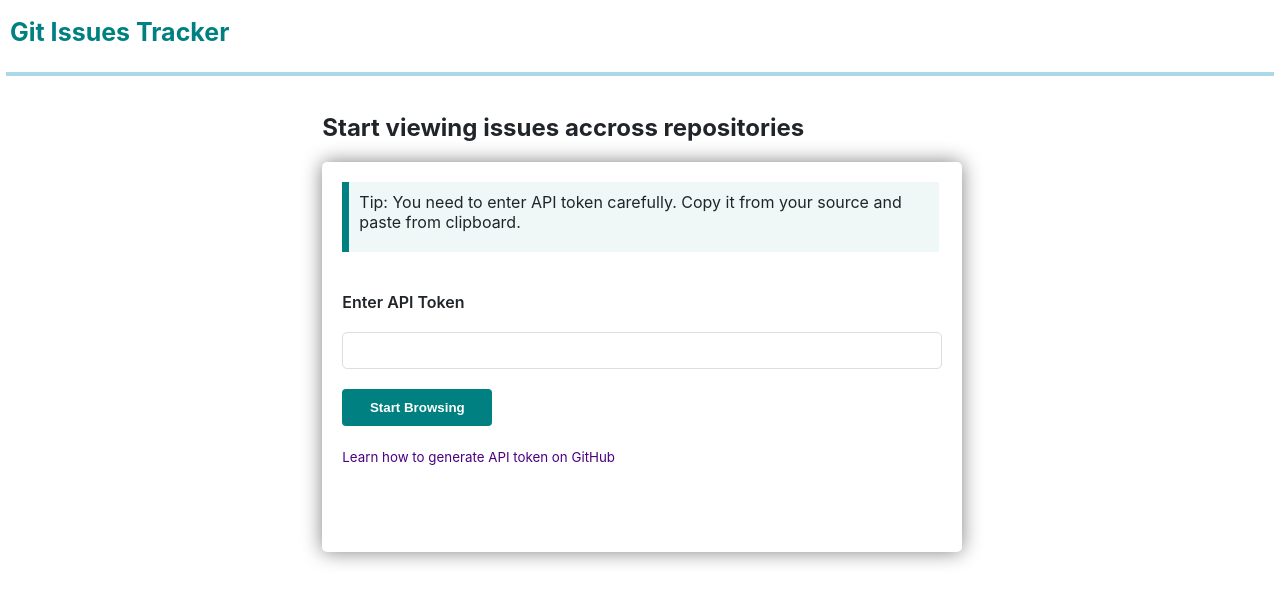
Repository: duzzisantos/github-repos-react-graphql
Page: /start
These files come from the project's save history. The page is drawn as it stood at one moment and after the next save; the edit follows.
The browser window is 1280 px wide. The page is 1285 px wide, so the pictures cover 1285 px, including what lies to the right of the window. The pictures show the whole page.
The project was rebuilt for these pictures with package versions that can differ from the ones it lists, and the page was loaded fresh each time. Also part of the build but not shown: src/App.css, src/components/table/Filters.tsx, src/components/table/Pagination.tsx, src/components/table/TableComponent.tsx, src/components/table/columnHelpers.ts, src/utilities/funtions.ts, src/pages/Repositories.tsx, src/components/cards/Cards.tsx and 1 more.

Above is the page before, as saved 2024-06-17 18:06:02.

### src/index.tsx
import React from "react";
import ReactDOM from "react-dom/client";
import "./index.css";
import App from "./App";
import reportWebVitals from "./reportWebVitals";
import { BrowserRouter } from "react-router-dom";
import { ApolloProvider } from "@apollo/client";
import client from "./api/apolloClient";

const root = ReactDOM.createRoot(
  document.getElementById("root") as HTMLElement
);
root.render(
  <React.StrictMode>
    <BrowserRouter>
      <ApolloProvider client={client}>
        <App />
      </ApolloProvider>
    </BrowserRouter>
  </React.StrictMode>
);

// If you want to start measuring performance in your app, pass a function
// to log results (for example: reportWebVitals(console.log))
// or send to an analytics endpoint. Learn more: https://bit.ly/CRA-vitals
reportWebVitals();

### src/App.tsx
import React from "react";
import "./App.scss";
import "./App.css";
import { Routes, Route } from "react-router-dom";
import StartPage from "./pages/StartPage";
import Repositories from "./pages/Repositories";
import ViewRepository from "./pages/ViewRepository";

function App() {
  return (
    <div className="App">
      <h1>Git Issues Tracker</h1>
      <hr />

      <Routes>
        <Route path="/" element={<StartPage />} />
        <Route path="/start" element={<StartPage />} />
        <Route path="/repositories" element={<Repositories />} />
        <Route path="/owner/repositoryName" element={<ViewRepository />} />
      </Routes>
    </div>
  );
}

export default App;

### src/api/apolloClient.ts
import { ApolloClient, InMemoryCache, createHttpLink } from "@apollo/client";
import { setContext } from "@apollo/client/link/context";

const http = createHttpLink({
  uri: "https://api.github.com/graphql",
});

const auth = setContext((_, { headers }) => {
  const apiToken = localStorage.getItem("authToken");

  return {
    headers: {
      ...headers,
      authorization: `Bearer ${apiToken}`,
    },
  };
});

const client = new ApolloClient({
  link: auth.concat(http),
  cache: new InMemoryCache(),
});

export default client;

### src/App.scss
/* Sass variables declared here: */

$text-dark: #212529;
$padding-10: 10px;
$padding-20: $padding-10 * 2;
$padding-40: $padding-20 * 2;
$selected-display: flex;
$row: row;
$column: column;
$mb-20: 20px;
$mb-40: $mb-20 * 2;
$fw-600: 600;
$rounded-box: 5px;

/* Main styles */
.App {
  display: flex;
  flex-direction: column;
}

.container {
  width: 98.8%;
  padding: $padding-10 $padding-10;
  display: flex;
  justify-content: center;
  bottom: 0;
  margin-left: auto;
  color: $text-dark;
}

h1 {
  font-size: 25px;
  padding: 0 $padding-10;
  color: teal;
}

hr {
  border: 2px solid lightblue;
  width: 98.8%;
}

form {
  width: 600px;
  height: 350px;
  border-radius: $rounded-box;
  box-shadow: 0px 0px 20px gray;
  padding: $padding-20 $padding-20;
}

.form-group {
  display: $selected-display;
  flex-direction: $column;
}

.user-tip {
  height: 50px;
  width: 95%;
  padding: $padding-10 $padding-10;
  margin-bottom: $mb-40;
  border-left: 7px solid teal;
  background-color: rgb(239, 247, 247);
}

label {
  margin-bottom: $mb-20;
  font-weight: $fw-600;
}

input {
  @extend label;
  padding: 10px;
  border: 1px solid rgb(221, 221, 221);
  border-radius: $rounded-box;
}

.primary-btn {
  @extend label;
  width: 25%;
  padding: $padding-10;
  background-color: teal;
  border: 1px solid transparent;
  border-radius: 4px;
  color: white;
}

.read-docs {
  text-decoration: none;
  color: indigo;
}

.read-docs:hover {
  text-decoration-line: underline;
}

### src/pages/StartPage.tsx
import React from "react";
import Container from "src/components/Container";
import Form from "src/components/Form";

const StartPage = () => {
  return (
    <Container
      pageSubTitle="Start viewing issues accross repositories"
      children={<Form />}
    />
  );
};

export default StartPage;

### src/components/Container.tsx
import React from "react";

interface ContainerProps {
  pageSubTitle: string;
  repositoryOwner?: string;
  children: any;
}

const Container = ({
  pageSubTitle,
  children,
  repositoryOwner,
}: ContainerProps) => {
  return (
    <main className="container">
      <section>
        <h2>{pageSubTitle}</h2>
        <h3>{repositoryOwner}</h3>
        {children}
      </section>
    </main>
  );
};

export default Container;

### src/components/Form.tsx
import React, { useState } from "react";
import { useNavigate } from "react-router-dom";
import { useLazyQuery } from "@apollo/client";
import { GET_ALL_REPOSITORIES } from "src/api/queryhelper";
//We need to specify the types of data we would be utilizing as state

const Form = () => {
  const [apiToken, setApiToken] = useState("");
  const [apiPayLoad, setApiPayload] = useState([]);
  const [getRepositories, { loading, error, data }] =
    useLazyQuery(GET_ALL_REPOSITORIES);

  const navigate = useNavigate();

  const handleChange = (e: any) => {
    setApiToken(e.target.value);
  };

  const handleSubmit = () => {
    localStorage.setItem("authToken", apiToken);

    //We make the GraphQL API call here
    getRepositories()
      .then((res: any) => {
        console.log(res.data);
        setApiPayload(res.data.viewer.repositories.nodes);
      })
      .catch((err) => {
        console.warn(err?.message);
      });
  };

  if (data) {
    navigate("/repositories", {
      state: {
        //this is the result we want to consume as we navigate to the /repositories route
        data: data.viewer.repositories.nodes,
        error: error,
        loading: loading,
        apiPayLoad,
      },
    });
  }

  return (
    <form>
      <div className="user-tip">
        Tip: You need to enter API token carefully. Copy it from your source and
        paste from clipboard.
      </div>

      <div className="form-group">
        <label htmlFor="apiToken">Enter API Token</label>
        <input
          type="text"
          name="apiToken"
          id="apiToken"
          value={apiToken}
          onChange={handleChange}
        />
        <button className="primary-btn" type="button" onClick={handleSubmit}>
          Start Browsing
        </button>

        <strong>{error && error.message}</strong>
      </div>
      <small className="form-text" id="info">
        <a
          className="read-docs"
          title="Read short documentation"
          href="https://docs.github.com/en/authentication/keeping-your-account-and-data-secure/managing-your-personal-access-tokens"
        >
          Learn how to generate API token on GitHub
        </a>
      </small>
    </form>
  );
};

export default Form;

### src/api/queryhelper.ts
import { gql } from "@apollo/client";

const GET_ALL_REPOSITORIES = gql`
  query {
    viewer {
      repositories(first: 50) {
        nodes {
          id
          name
          owner {
            login
          }
          visibility
          stargazerCount
          forkCount
          url
          issues {
            totalCount
          }
          licenseInfo {
            name
          }
          updatedAt
          createdAt
        }
      }
    }
  }
`;

const GET_REPOSITORY_BY_NAME = gql`
  query ($name: NAME!) {
    node(name: $name) {
      ... on Repository {
        id
        name
        owner {
          login
        }
        visibility
        stargazerCount
        forkCount
        url
        issues {
          totalCount
        }
        licenseInfo {
          name
        }
        updatedAt
        createdAt
      }
    }
  }
`;

export { GET_ALL_REPOSITORIES, GET_REPOSITORY_BY_NAME };

Loaded but not shown: public/index.html (common file); src/index.css (common file); src/reportWebVitals.ts (common file)

After the next save:
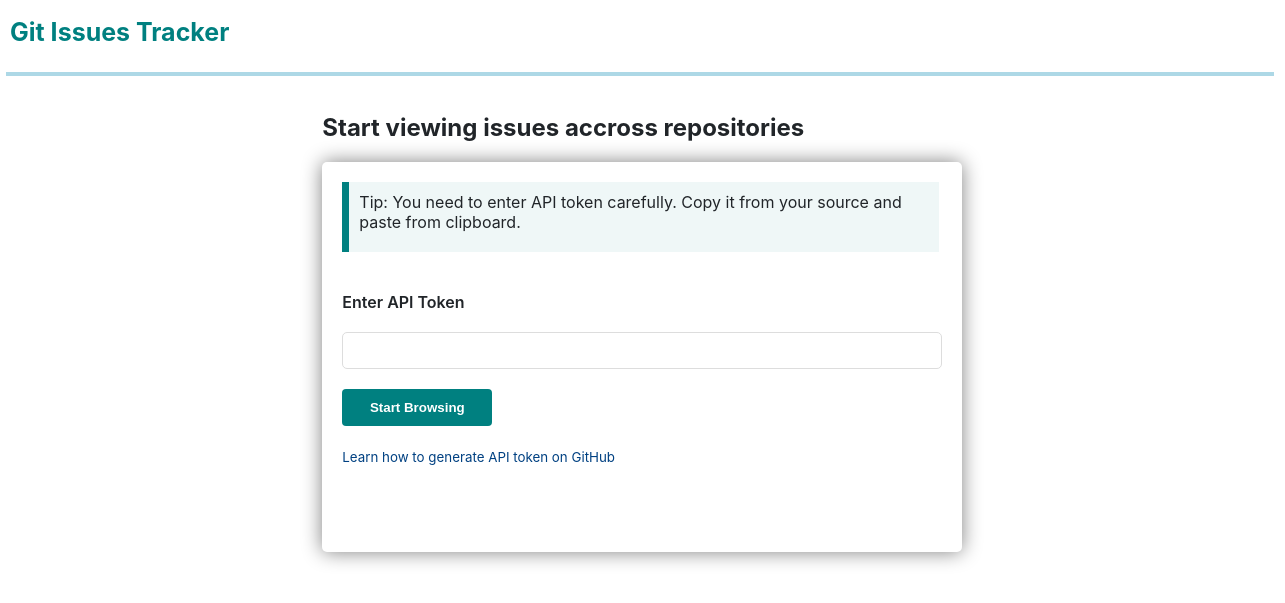
Saved 15 s later.
--- a/src/App.scss
+++ b/src/App.scss
@@ -85,7 +85,7 @@ input {
 
 .read-docs {
   text-decoration: none;
-  color: indigo;
+  color: rgb(0, 65, 130);
 }
 
 .read-docs:hover {
